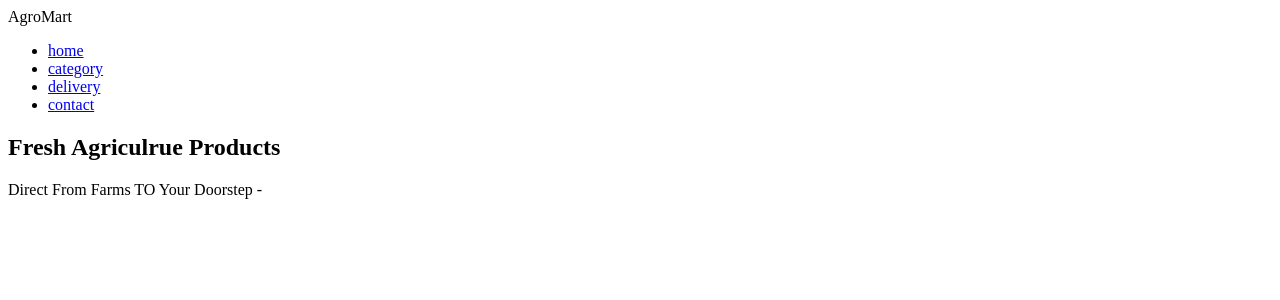
Repository: wingming07/Agro_mart
Page: index.html
The author's editor kept a copy of each file at every save. The page is drawn from the files as they stood at one save, then again after a run of saves.
The browser window is 1280 px wide. The pictures show the whole page.

Above is the page before, as saved 2025-06-09 13:34:18.

After the next 2 saves:
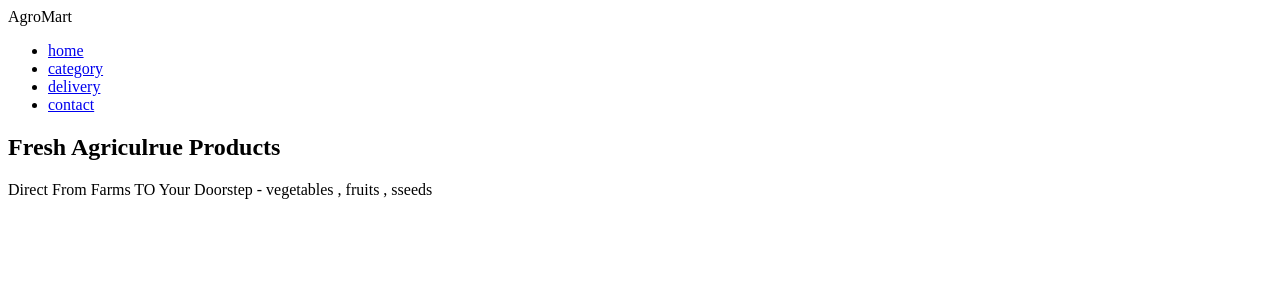
The 2 saves are shown as one change because they came seconds apart.
The last was saved 14 s later.
--- a/index.html
+++ b/index.html
@@ -20,6 +20,6 @@
     <section id="home" class="hero">
         <div class="hero-content">
             <h1>Fresh Agriculrue Products</h1>
-            <p>Direct From Farms TO Your Doorstep -
+            <p>Direct From Farms TO Your Doorstep - vegetables , fruits , sseeds
 </body>
 </html>
